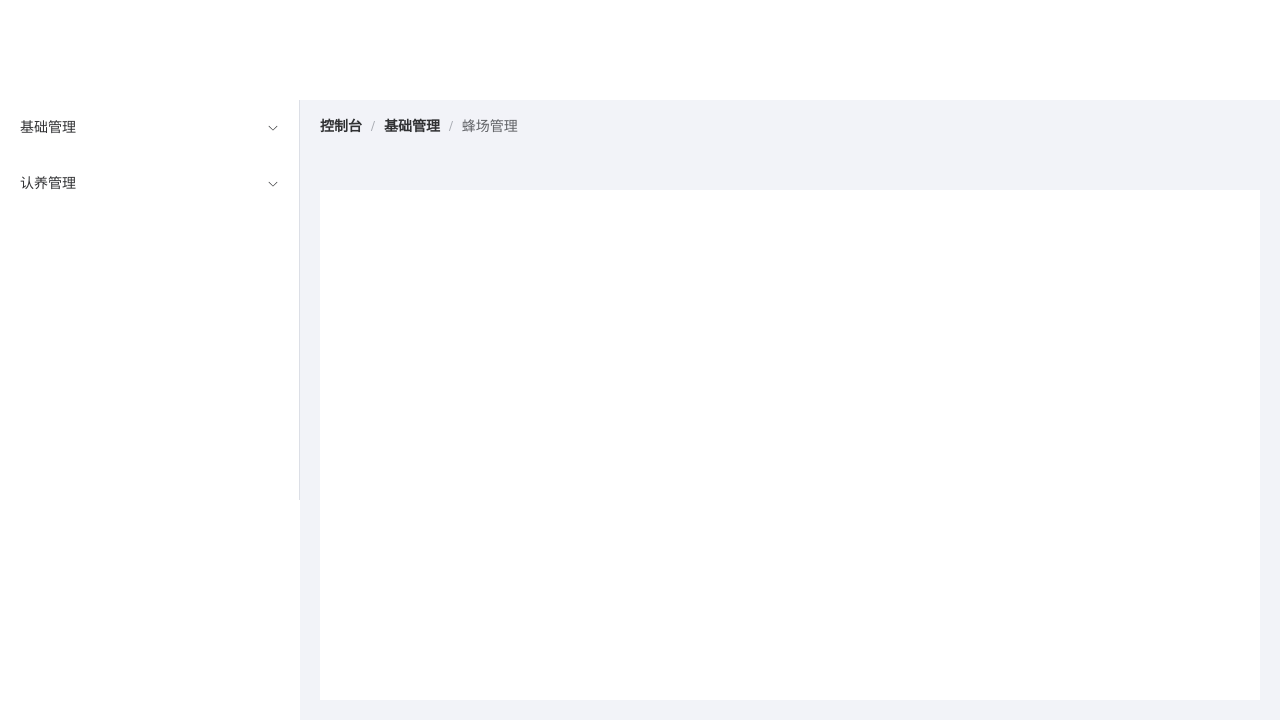
Repository: secret47/test-office-demo
Page: /dashboard
These files come from the project's save history. The page is drawn as it stood at one moment and after a run of saves; the edit follows.
The browser window is 1280 px wide. The pictures show the whole page.
The project was rebuilt for these pictures with package versions that can differ from the ones it lists, and the page was loaded fresh each time. Also part of the build but not shown: vite.config.js.

Above is the page before, as saved 2024-10-29 09:53:07.

### src/main.js
import { createApp } from 'vue'
import '@/style/main.scss'
import App from './App.vue'
import router from './router'

import lang from "./local"


import ElementPlus from "element-plus";
import 'element-plus/dist/index.css'
import * as ElementPlusIconsVue from '@element-plus/icons-vue'

const app = createApp(App);

for (const [key, component] of Object.entries(ElementPlusIconsVue)) {
    app.component(key, component)
}

app.use(lang)
app.use(ElementPlus)
app.use(router)
app.mount('#app')

### src/style/main.scss
* {
    padding: 0;
    margin: 0;
}

html,
body {
    width: 100%;
    height: 100%;
    background: #ffffff;
}

#app {
    width: 100%;
    height: 100%;
}

### src/App.vue
<template>
  <!-- <div> -->
    <router-view />
  <!-- </div> -->
</template>

### src/router/index.js
import { createRouter, createWebHistory } from 'vue-router'
import layouts from "../layouts/index.vue"

const routes = [
    {
        path: '/',
        name: 'Login',
        component: () => import('@/views/login.vue'),
    },
    // 其他路由...
    {
        path: "/dashboard",
        name: "Dashboard",
        component: layouts,
        meta: {
            title: "控制中心"
        },
        children: [
            {
                path: "basic",
                name: "Basic",
                meta: {
                    title: "基础管理"
                },
                component: () => import("@/views/dashboard/basic/index.vue"),
                children: [
                    {
                        path: "farm",
                        name: "farm",
                        meta: {
                            title: "蜂场管理"
                        },
                        component: () => import("@/views/dashboard/basic/farm/index.vue"),
                    }
                ]

            }
        ]
    }
]

const router = createRouter({
    history: createWebHistory(),
    routes
})

export default router

### src/local/index.js
import { createI18n } from "vue-i18n";

import message from "./language"
const i18n = createI18n({
    locale: "zh",
    fallbackLocale: "zh",
    messages: message
})

export default i18n;

### src/layouts/index.vue
<template>
    <div class="layout">
        <el-container>
            <el-aside width="300px" class="side">
                <div class="logo"></div>
                <MenuComponent />
            </el-aside>
            <el-container class="container">
                <el-header>
                    <el-icon @click="toggleCollapse" class="toggle-icon">
                        <i class="toggle-icon-class"></i>
                    </el-icon>
                </el-header>
                <el-main>
                    <div class="bread">
                        <el-breadcrumb separator="/">
                            <el-breadcrumb-item :to="{ path: '/' }">控制台</el-breadcrumb-item>
                            <el-breadcrumb-item><a href="/">基础管理</a></el-breadcrumb-item>
                            <el-breadcrumb-item>蜂场管理</el-breadcrumb-item>
                        </el-breadcrumb>
                    </div>
                    <div class="main">
                        <router-view></router-view>
                    </div>
                </el-main>
            </el-container>
        </el-container>
    </div>
</template>

<script setup>
import MenuComponent from "./components/menu.vue"
import { ref } from 'vue';
const isCollapse = ref(false);
const toggleCollapse = () => {
    isCollapse.value = !isCollapse.value;
};
</script>

<style lang="scss" scoped>
.layout {
    width: 100%;
    height: 100%;

    .el-container {
        width: 100%;
        height: 100%;
    }

    .side {
        height: 100%;

        .logo {
            width: 100%;
            height: 100px;
        }
    }

    .container {
        width: calc(100% - 300px);
        height: 100%;

        .el-header {
            width: 100%;
            height: 100px;
            background: #ffffff;
        }

        .el-main {
            background: #F2F3F8;
            .bread{
                width:100%;
                height: 70px;
            }
            .main{
                width:100%;
                height: calc(100% - 70px);
                background: #ffffff;
            }
        }
    }
}
</style>

### src/local/language/index.js
import zh from "./zh"
import en from "./en"

export default {
    ...en,
    ...zh
}

### src/layouts/components/menu.vue
<template>
    <el-menu class="menu">
        <el-sub-menu index="1" :collapse="isCollapse">
            <template #title>基础管理</template>
            <el-menu-item index="1-1">蜂场管理</el-menu-item>
            <el-menu-item index="1-2">蜂箱管理</el-menu-item>
        </el-sub-menu>
        <el-sub-menu index="2">
            <template #title>认养管理</template>
            <el-menu-item index="2-1">认养设置</el-menu-item>
        </el-sub-menu>
    </el-menu>
</template>

<script setup>
import { ref } from 'vue';
const isCollapse = ref(false);
</script>

<style lang="scss" scoped>
.menu:not(.el-menu--collapse) {
    width: 300px;
    min-height: 400px;
}
</style>

### src/local/language/zh.js
export default{
    zh:{
        title:"后台管理系统",
        login:"登录",
        username:"用户名",
        password:"密码",
        remember:"记住密码",
        forget:"忘记密码",
    }
}

### src/local/language/en.js
export default{
    en:{
        title:"system management"
    }
}

Loaded but not shown: index.html (common file)

After the next 2 saves:
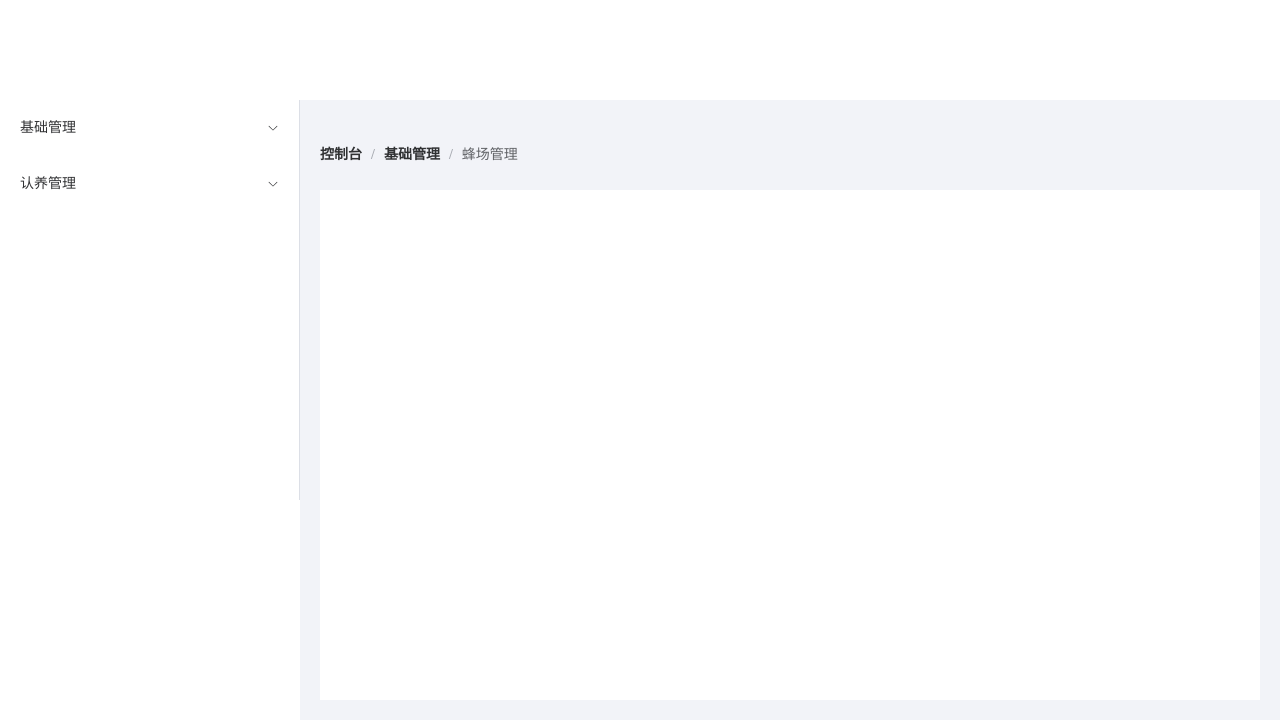
The 2 saves are shown as one change because they came seconds apart.
The last was saved 18 min 41 s later.
--- a/src/layouts/index.vue
+++ b/src/layouts/index.vue
@@ -68,12 +68,17 @@ const toggleCollapse = () => {
 
         .el-main {
             background: #F2F3F8;
-            .bread{
-                width:100%;
+
+            .bread {
+                width: 100%;
                 height: 70px;
+                display: flex;
+                flex-direction: column;
+                justify-content: center;
             }
-            .main{
-                width:100%;
+
+            .main {
+                width: 100%;
                 height: calc(100% - 70px);
                 background: #ffffff;
             }
